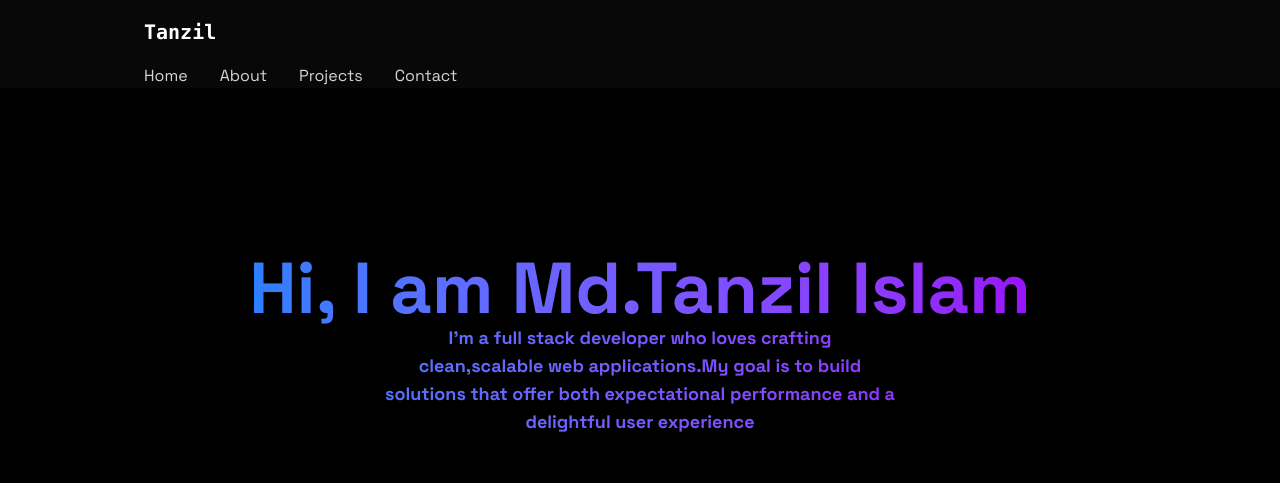
Repository: tanimtanzilislam/my_portfolio
Page: /
These files come from the project's save history. The page is drawn as it stood at one moment and after a run of saves; the edit follows.
The browser window is 1280 px wide. The pictures show the whole page.
The project was rebuilt for these pictures with package versions that can differ from the ones it lists, and the page was loaded fresh each time. Also part of the build but not shown: vite.config.js.

Above is the page before, as saved 2025-05-10 11:43:34.

### index.html
<!doctype html>
<html lang="en">
  <head>
    <meta charset="UTF-8" />
    <link rel="icon" type="image/svg+xml" href="/vite.svg" />
    <link rel="preconnect" href="https://fonts.googleapis.com" />
    <link rel="preconnect" href="https://fonts.gstatic.com" crossorigin />
    <link
    href="https://fonts.googleapis.com/css2?family=Space+Grotesk:wght@400;500;600;700&family=jetBrains+Mono:wght"
    rel="stylesheet"/>
    <meta name="viewport" content="width=device-width, initial-scale=1.0" />
    <title>Vite + React</title>
  </head>
  <body>
    <div id="root"></div>
    <script type="module" src="/src/main.jsx"></script>
  </body>
</html>

### src/index.css
@import "tailwindcss";

html, body {
  margin: 0;
  padding: 0;
  font-family: "Space Grotesk", sans-serif;
  background: #f3f4f6;
}

@layer utilities {

  @keyframes blink{
    0%,100%{
      opacity:1;
    }
    50%{
      opacity:0;
    }
  }
  .animated-blink {
    animation: blink 0.8s step-end infinite;
  }
  @keyframes loading {
    0% {
      transform: translateX(-100%);
    }
    100% {
      transform: translateX(250%);
    }
  }

  .animate-loading-bar {
    animation: loading 0.8s ease infinite;
  }
}

### src/App.jsx
import React, { useState } from 'react';
import './App.css';
import './index.css';
import { LoadingScreen } from './components/LoadingScreen';
import { Navbar } from './components/Navbar';
import { MobileMenu } from './components/MobileMenu';
import { Home } from './components/sections/Home';
function App() {
  const [isLoaded, setIsLoaded] = useState(false);
  const [menuOpen, setMenuOpen] = useState(false);

  return (
    <>
      {
        !isLoaded && <LoadingScreen onComplete={() => setIsLoaded(true)} />
      }
      <div className={`min-h-screen transition-opacity duration-700 ${isLoaded ? "opacity-100" :"opacity-0" } bg-black text-gray-100`}>
        {/* Your other content goes here */}

        <Navbar menuOpen={menuOpen} setMenuOpen={setMenuOpen}/>
        <MobileMenu menuOpen={menuOpen} setMenuOpen={setMenuOpen}/>
  <Home />
      </div>
    </>
  );
}

export default App

### src/App.css
@import "tailwindcss";

html,body {
  margin:0;
  padding:0;
  font-family: "Space Grotesk" ,sans-serif;
  background:#0a0a0a;
  color: #f3f4f6;
}

### src/components/LoadingScreen.jsx
import React, { useState, useEffect } from "react";

export const LoadingScreen = ({ onComplete }) => {
  const [text, setText] = useState("");
  const fullText = "<Hello World />";

  useEffect(() => {
    let index = 0;
    const interval = setInterval(() => {
      setText(fullText.substring(0, index));
      index++;
      if (index > fullText.length) {
        clearInterval(interval);
        // ✅ টাইপিং শেষ হলে onComplete() চালাও
        onComplete();
      }
    }, 100);

    return () => clearInterval(interval);
  }, [onComplete]);

  return (
    <div className="fixed inset-0 z-50 bg-black text-gray-100 flex flex-col items-center justify-center">
      <div className="mb-4 text-4xl font-mono font-bold">
        {text}
        <span className="animated-blink ml-1">|</span>
      </div>

      <div className="w-[200px] h-[2px] bg-gray-800 rounded relative overflow-hidden">
        <div className="w-[40px] h-full bg-blue-500 shadow-[0_0_15px_#3b82f6] animate-loading-bar"></div>
      </div>
    </div>
  );
};

### src/components/Navbar.jsx
import { useEffect } from "react";

export const Navbar = ({ menuOpen, setMenuOpen }) => {
  useEffect(() => {
    document.body.style.overflow = menuOpen ? "hidden" : "";
  }, [menuOpen]);

  return (
    <nav className="fixed top-0 w-full z-40 bg-[rgba(10,10,10,0.8)] backdrop-blur-lg border-white/10 shadow-lg">
      <div className="max-w-5xl mx-auto px-4">
        <div className="flex justify-between items-center h-16">
          <a href="#home" className="font-mono text-xl font-bold text-white">
            Tanzil<span className="text-blue-500"></span>
          </a>
          <div
            className="w-7 h-5 relative cursor-pointer z-40 md:hidden"
            onClick={() => setMenuOpen((prev) => !prev)}
          >
            &#9776;
          </div>
        </div>

        <div className="hidden md:flex items-center space-x-8">
          <a href="#home" className="text-gray-300 hover:text-white transition-colors">Home</a>
          <a href="#about" className="text-gray-300 hover:text-white transition-colors">About</a>
          <a href="#projects" className="text-gray-300 hover:text-white transition-colors">Projects</a>
          <a href="#contact" className="text-gray-300 hover:text-white transition-colors">Contact</a>
        </div>
      </div>
    </nav>
  );
};

### src/components/MobileMenu.jsx
import { useEffect } from "react";

export const MobileMenu = ({ menuOpen, setMenuOpen }) => {
  return (
    <div
      className={`fixed top-0 left-0 w-full bg-[rgba(10,10,10,0.8)] z-40 flex flex-col items-center justify-center
      transition-all duration-300 ease-in-out
      ${menuOpen ? "h-screen opacity-100 pointer-events-auto" : "h-0 opacity-0 pointer-events-none"}`}
    >
      <button
        onClick={() => setMenuOpen(false)}
        className="absolute top-6 right-6 text-white text-3xl focus:outline-none cursor-pointer"
        aria-label="close Menu"
      >
        &times;
      </button>

      <a href="#home" onClick={() => setMenuOpen(false)} className={`text-2xl font-semibold text-white my-4 transform transition-transform duration-300
        ${menuOpen ? "opacity-100 translate-y-0" : ""}`}>Home</a>

      <a href="#about" onClick={() => setMenuOpen(false)} className={`text-2xl font-semibold text-white my-4 transform transition-transform duration-300
        ${menuOpen ? "opacity-100 translate-y-0" : ""}`}>About</a>

      <a href="#projects" onClick={() => setMenuOpen(false)} className={`text-2xl font-semibold text-white my-4 transform transition-transform duration-300
        ${menuOpen ? "opacity-100 translate-y-0" : ""}`}>Projects</a>

      <a href="#contact" onClick={() => setMenuOpen(false)} className={`text-2xl font-semibold text-white my-4 transform transition-transform duration-300
        ${menuOpen ? "opacity-100 translate-y-0" : ""}`}>Contact</a>
    </div>
  );
};

### src/components/sections/Home.jsx
export const Home =()=>{
    return <section id="home" className="min-h-screen flex items-center justify-center relative">
        <div className="text-center z-10 px-14">
            <h1 className="text-5xl md:text-7xl font-bold mb-6 bg-gradient-to-r from-blue-500 to-purple-600 bg-clip-text text-transparent leading-right">Hi, I am Md.Tanzil Islam
                <p  className="tex-gray-400 text-lg mb-8 max-w-lg mx-auto">
                    I'm a full stack developer who loves crafting clean,scalable web applications.My goal is to build solutions that offer both expectational performance and a delightful user experience                </p>
            </h1>
        </div>
    </section>
}

Loaded but not shown: src/main.jsx (common file)

After the next 2 saves:
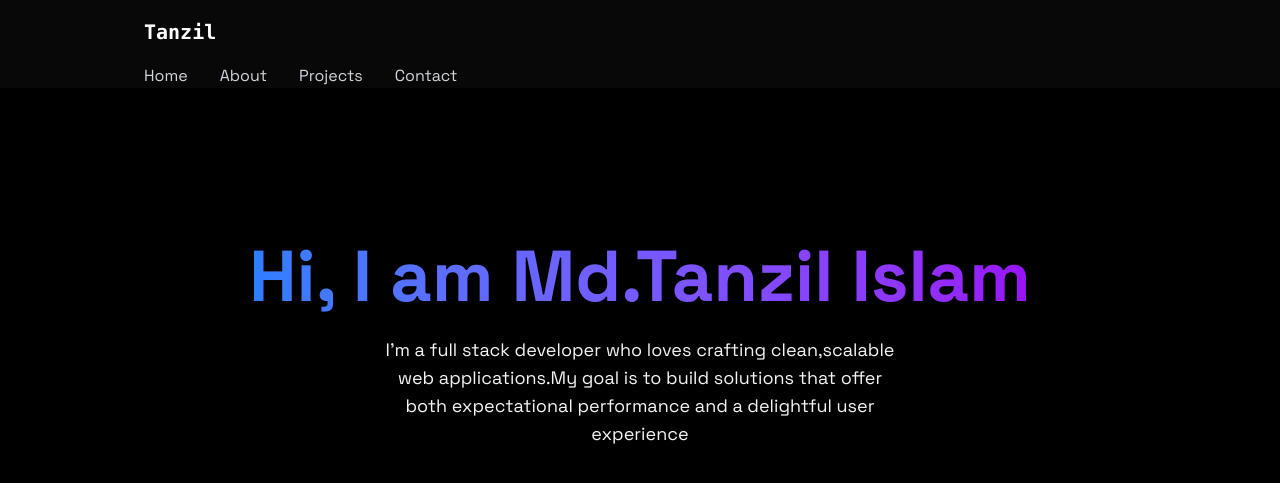
The 2 saves are shown as one change because 1 did not build or start.
The last was saved 89 s later.
--- a/src/components/sections/Home.jsx
+++ b/src/components/sections/Home.jsx
@@ -1,10 +1,10 @@
 export const Home =()=>{
     return <section id="home" className="min-h-screen flex items-center justify-center relative">
         <div className="text-center z-10 px-14">
-            <h1 className="text-5xl md:text-7xl font-bold mb-6 bg-gradient-to-r from-blue-500 to-purple-600 bg-clip-text text-transparent leading-right">Hi, I am Md.Tanzil Islam
+            <h1 className="text-5xl md:text-7xl font-bold mb-6 bg-gradient-to-r from-blue-500 to-purple-600 bg-clip-text text-transparent leading-right">Hi, I am Md.Tanzil Islam </h1>
                 <p  className="tex-gray-400 text-lg mb-8 max-w-lg mx-auto">
                     I'm a full stack developer who loves crafting clean,scalable web applications.My goal is to build solutions that offer both expectational performance and a delightful user experience                </p>
-            </h1>
+
         </div>
     </section>
 }
